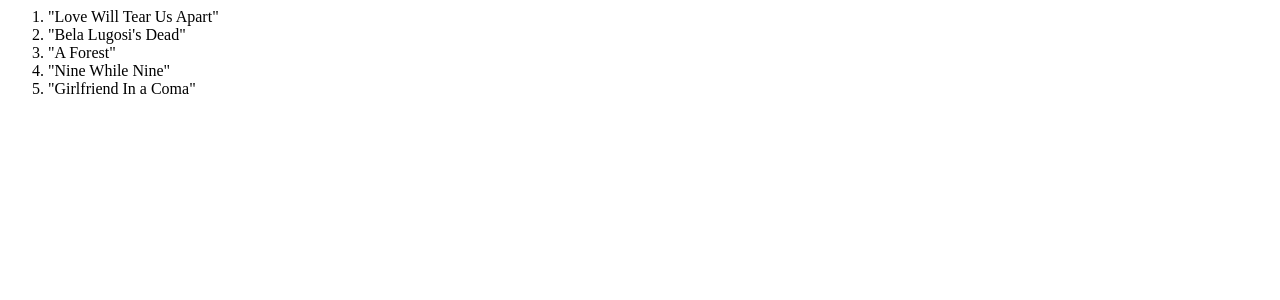
Repository: RonnieL2005/ginger
Page: my_list.html
The author's editor kept a copy of each file at every save. The page is drawn from the files as they stood at one save, then again after the next save.
The browser window is 1280 px wide. The pictures show the whole page.

Above is the page before, as saved 2023-12-05 09:33:14.

### my_list.html
<p>
<ol>
<li>"Love Will Tear Us Apart"</li>
<li>"Bela Lugosi's Dead"</li>
<li>"A Forest"</li>
<li>"Nine While Nine"</li>
<li> "Girlfriend In a Coma"</li>
</ol>

After the next save:
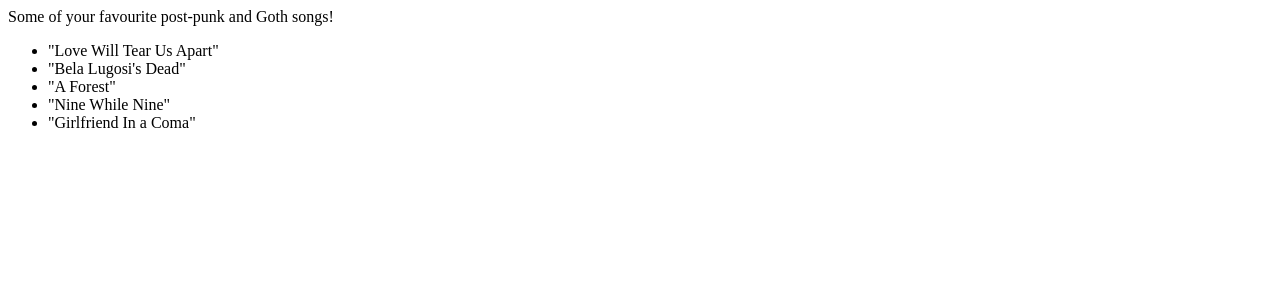
Saved 79 s later.
--- a/my_list.html
+++ b/my_list.html
@@ -1,8 +1,8 @@
-<p>
-<ol>
+<p>Some of your favourite post-punk and Goth songs!</p>
+<ul>
 <li>"Love Will Tear Us Apart"</li>
 <li>"Bela Lugosi's Dead"</li>
 <li>"A Forest"</li>
 <li>"Nine While Nine"</li>
 <li> "Girlfriend In a Coma"</li>
-</ol>
+</ul>
